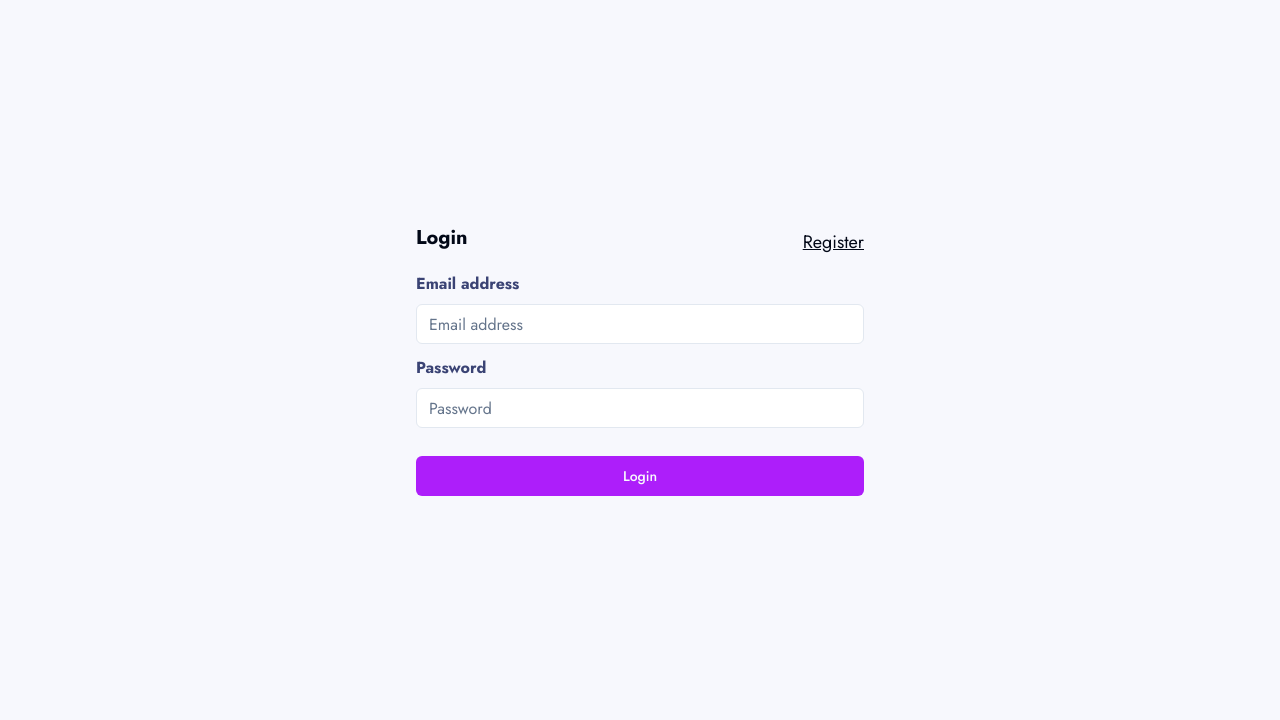
Repository: KornelJanczak/product-feedback-app
Page: /login
These files come from the project's save history. The page is drawn as it stood at one moment and after a run of saves; the edit follows.
The browser window is 1280 px wide. The pictures show the whole page.
The page's requests for data from a server got no answer. The project was rebuilt for these pictures with package versions that can differ from the ones it lists, and the page was loaded fresh each time. The framework's server and built-in components were replaced by stand-ins that run in the browser. No one was signed in, and anything a server would have sent is missing. Also part of the build but not shown: next.config.js, next.config.mjs.

Above is the page before, as saved 2024-01-28 19:42:39.

After the next 2 saves:
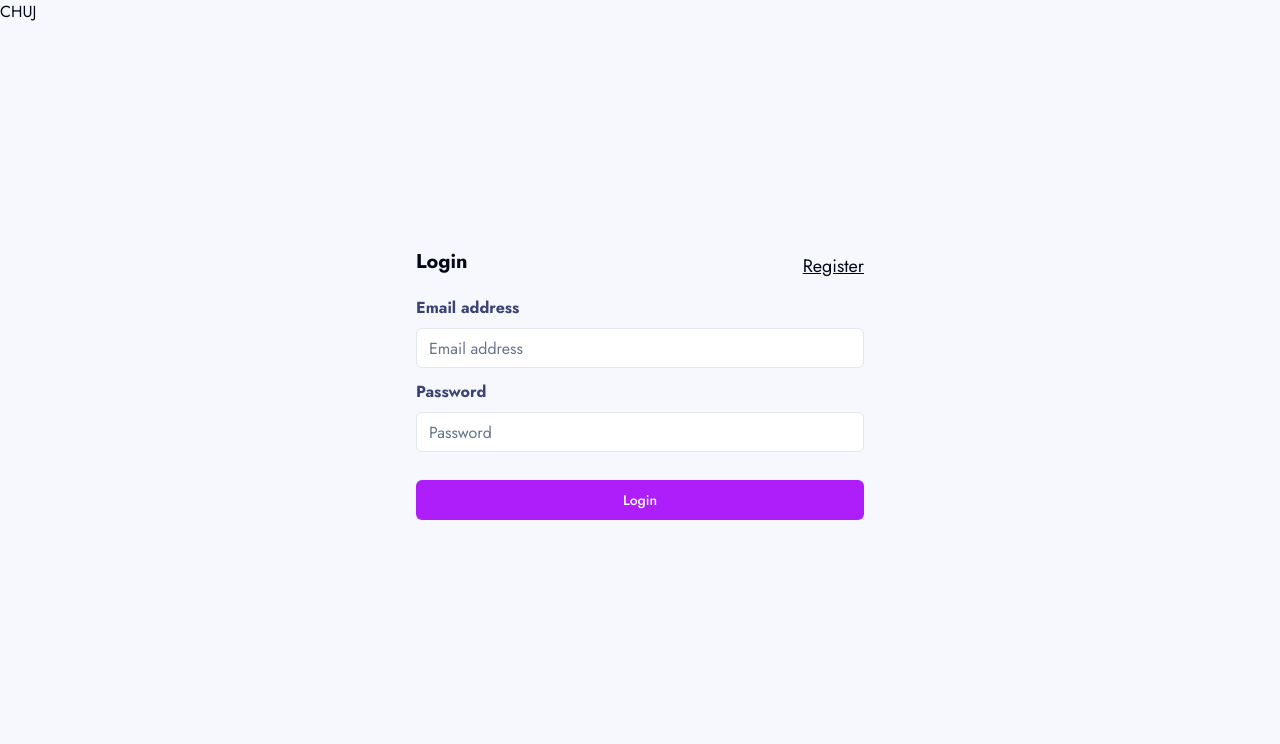
The 2 saves are shown as one change because they came seconds apart.
The last was saved 26 s later.
--- a/app/(auth)/layout.tsx
+++ b/app/(auth)/layout.tsx
@@ -1,5 +1,10 @@
 import { ReactNode } from "react";
 
 export default function Layout({ children }: { children: ReactNode }) {
-  return <>{children}</>;
+  return (
+    <>
+      <span>CHUJ</span>
+      {children}
+    </>
+  );
 }

After the save that followed:
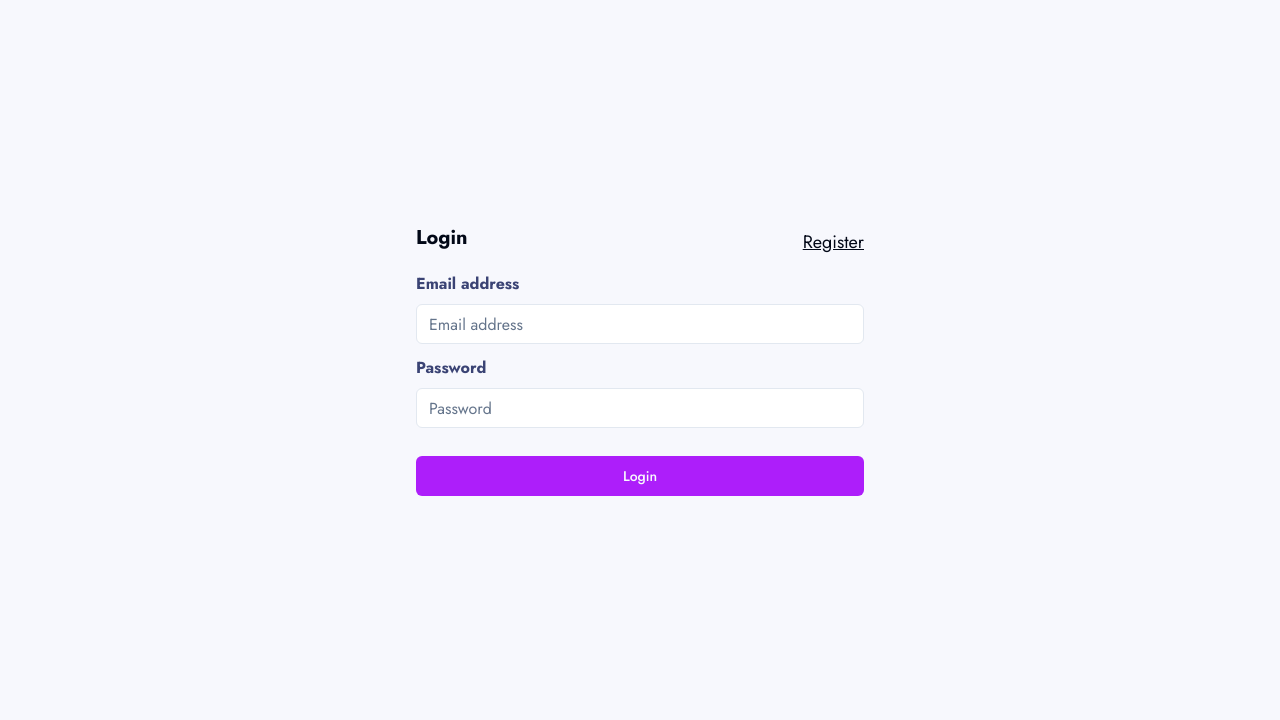
Saved 21 s later.
--- a/app/(auth)/layout.tsx
+++ b/app/(auth)/layout.tsx
@@ -3,7 +3,7 @@
 export default function Layout({ children }: { children: ReactNode }) {
   return (
     <>
-      <span>CHUJ</span>
+      <header></header>
       {children}
     </>
   );
